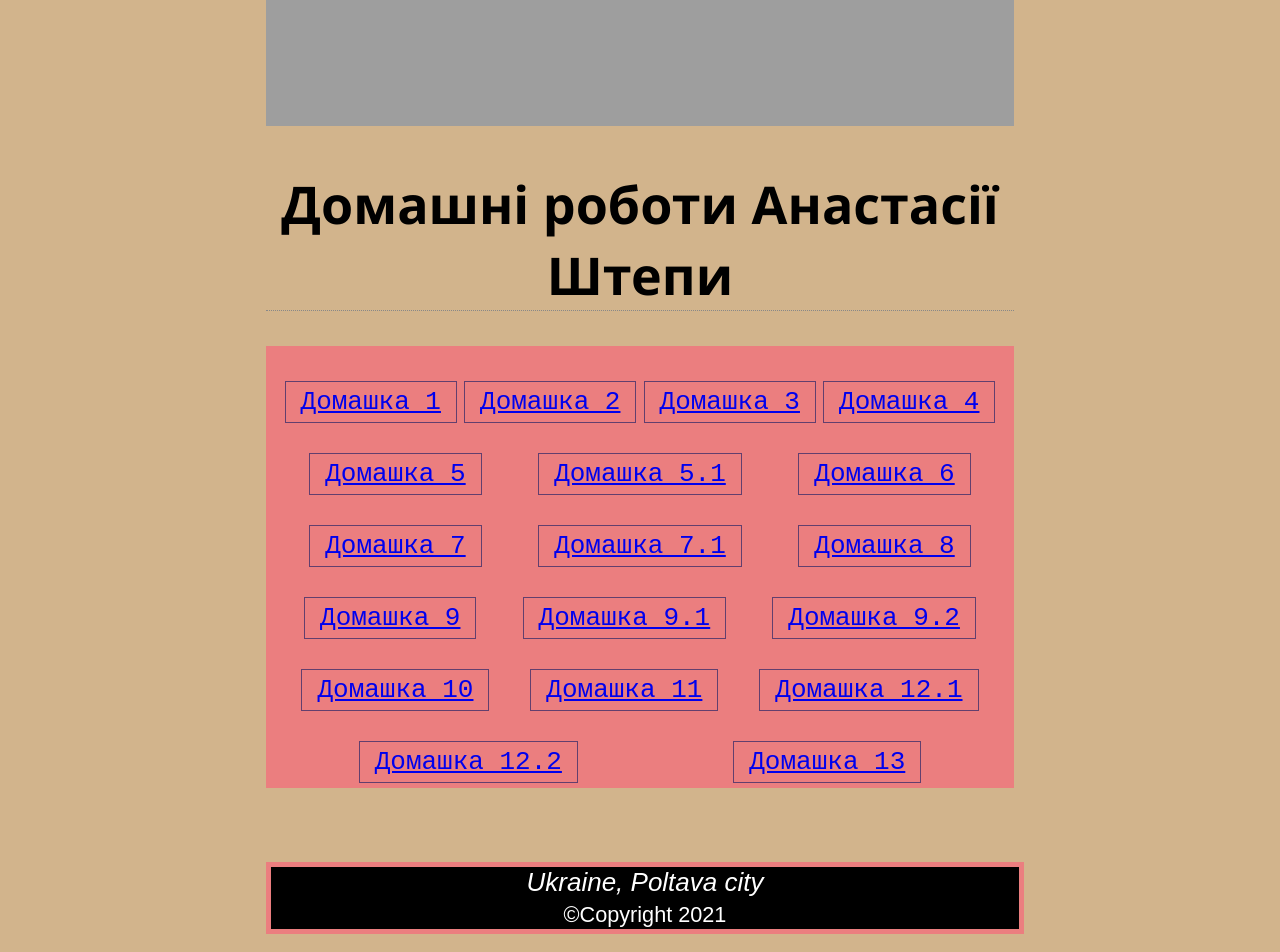
Repository: shtepaa/project-works.github.io
Page: index.html
These files come from the project's save history. The page is drawn as it stood at one moment and after the next save; the edit follows.
The browser window is 1280 px wide. The pictures show the part of the page from y = 192 to 1144 px (the page is 1144 px tall).
Pictures or frames that could not be fetched are drawn as grey boxes.

Above is the page before, as saved 2021-11-15 10:35:47.

### index.html
<!DOCTYPE html>
<html lang="en">
  <head>
    <meta charset="UTF-8" />
    <meta http-equiv="X-UA-Compatible" content="IE=edge" />
    <meta name="viewport" content="width=device-width, initial-scale=1.0" />
    <meta name="description" content="CV" />
    <meta
      name="author"
      content="Anastasiia Shtepa anastasiia.shtepa1990@gmail.com"
    />
    <title>Анастасия Штепа</title>
    <link type="text/css" rel="stylesheet" href="main.css" />
    <link rel="shortcut icon" href="./images/logo.png" type="image/png" />
  </head>
  <body>
    <!--Youtube -->
    <iframe
      width="100%"
      height="300"
      src="https://www.youtube.com/embed/FII4DRuiLLI"
      title="YouTube video player"
      frameborder="0"
      allow="accelerometer; autoplay; clipboard-write; encrypted-media; gyroscope; picture-in-picture"
      allowfullscreen
    ></iframe>
    <br />
    <header>
    <h1><b>Домашні роботи Анастасії Штепи</b></h1></header>
    <!--Домашки -->
    <div class=" container cover-box">
        <div class="cover"><a href="./resume2/index.html">Домашка 1</a></div>

        <div class="cover"><a href="./lesson-3-HTML5/lesson3.html">Домашка 2</a></div>

        <div class="cover"><a href="./lesson-4hard simple/simple/">Домашка 3</a></div>

        <div class="cover">
          <a href="./lesson-4hard simple/hard2/index.html">Домашка 4</a>
        </div>
        <div class="cover">
          <a href="./lesson-5-Figma/index.html">Домашка 5</a>
        </div>
        <div class="cover">
          <a href="./lesson 5.1 Photoshop/index.html">Домашка 5.1</a>
        </div>
        <div class="cover">
          <a href="./lesson 7/index.html">Домашка 6</a>
        </div>
        <div class="cover">
          <a href="./lesson-77/index.html">Домашка 7</a>
        </div>
        <div class="cover">
          <a href="./lesson-7.1/index.html">Домашка 7.1</a>
        </div>
        <div class="cover">
          <a href="./Les-8/index.html">Домашка 8</a>
        </div>
        <div class="cover">
          <a href="./lessons-9/index.html">Домашка 9</a>
        </div>
        <div class="cover">
          <a href="./lessons9.1/index.html">Домашка 9.1</a>
        </div>
        <div class="cover">
          <a href="./lessons- 9.2/index.html">Домашка 9.2</a>
        </div>

        <div class="cover">
          <a href="./lesson-10-homework/index.html">Домашка 10</a>
        </div>
        <div class="cover">
          <a href="./lesson-11-homework/index.html">Домашка 11</a>
        </div>
        <div class="cover">
          <a href="./lesson-12.1/index.html">Домашка 12.1</a>
        </div>
        <div class="cover">
          <a href="./lesson-12.2/index.html">Домашка 12.2</a>
        </div>
        <div class="cover">
          <a href="./lesson-13-home-work/index.html">Домашка 13</a>
        </div>

      </div>

    <!-- Локація -->
    <footer>
      <address>Ukraine, Poltava city</address>
      <small> &copy;Copyright 2021 </small>
    </footer>
  </body>
</html>

### main.css
@font-face {
  font-family: "Emblema One";
  src: url("./EmblemaOne-Regular.woff"), url("./EmblemaOne-Regular.ttf");
}

body {
  color: #000000;
  background-color: #d2b48c;
  margin-left: 20%;
  margin-right: 20%;
  padding: 10px 10px 10px 10px;
  font-family: sans-serif;
  font-size: 26px;
}

h1 {
  font-family: "Segoe UI", Tahoma, sans-serif;
  color: #000000;
  border-bottom: thin dotted #888888;
  text-align: center;
}

div {
  font-family: monospace, monospace;
  text-align: center;
  padding: 5px 15px; /* Поля */
  text-decoration: none; /* Убираем подчёркивание */
  color: #000; /* Цвет текста */
  background-color: #eb7e7f;

  margin-top: 30px;
}
div:hover {
  box-shadow: 0 0 5px rgba(0, 0, 0, 0.3); /* Тень */
  background: linear-gradient(
    to bottom,
    #623f6e,
    hsl(322, 38%, 86%)
  ); /* Градиент */
  color: #a00;
}
.cover {
  border: 1px solid #623f6e; /* Рамка */
  display: inline-block;
  padding: 5px 15px; /* Поля */
  text-decoration: none; /* Убираем подчёркивание */
  color: #000; /* Цвет текста */
  background-color: #eb7e7f;
}
.cover:hover {
  box-shadow: 0 0 5px rgba(0, 0, 0, 0.3); /* Тень */
  background: linear-gradient(to bottom, #fcfff4, #e9e9ce); /* Градиент */
  color: #a00;
}
.container {
  display: flex;
  flex-wrap: wrap;
  justify-content: space-around;
  align-items: flex-start;
}
footer {
  color: #ffffff;
  margin: 5px;
  border: 5px solid #eb7e7f;
  background-color: #000000;
  width: 100%;
  text-align: center;
  margin-top: 10%;
  margin-right: 0%;
  margin-bottom: 0%;
  margin-left: 0%;
}

After the next save:
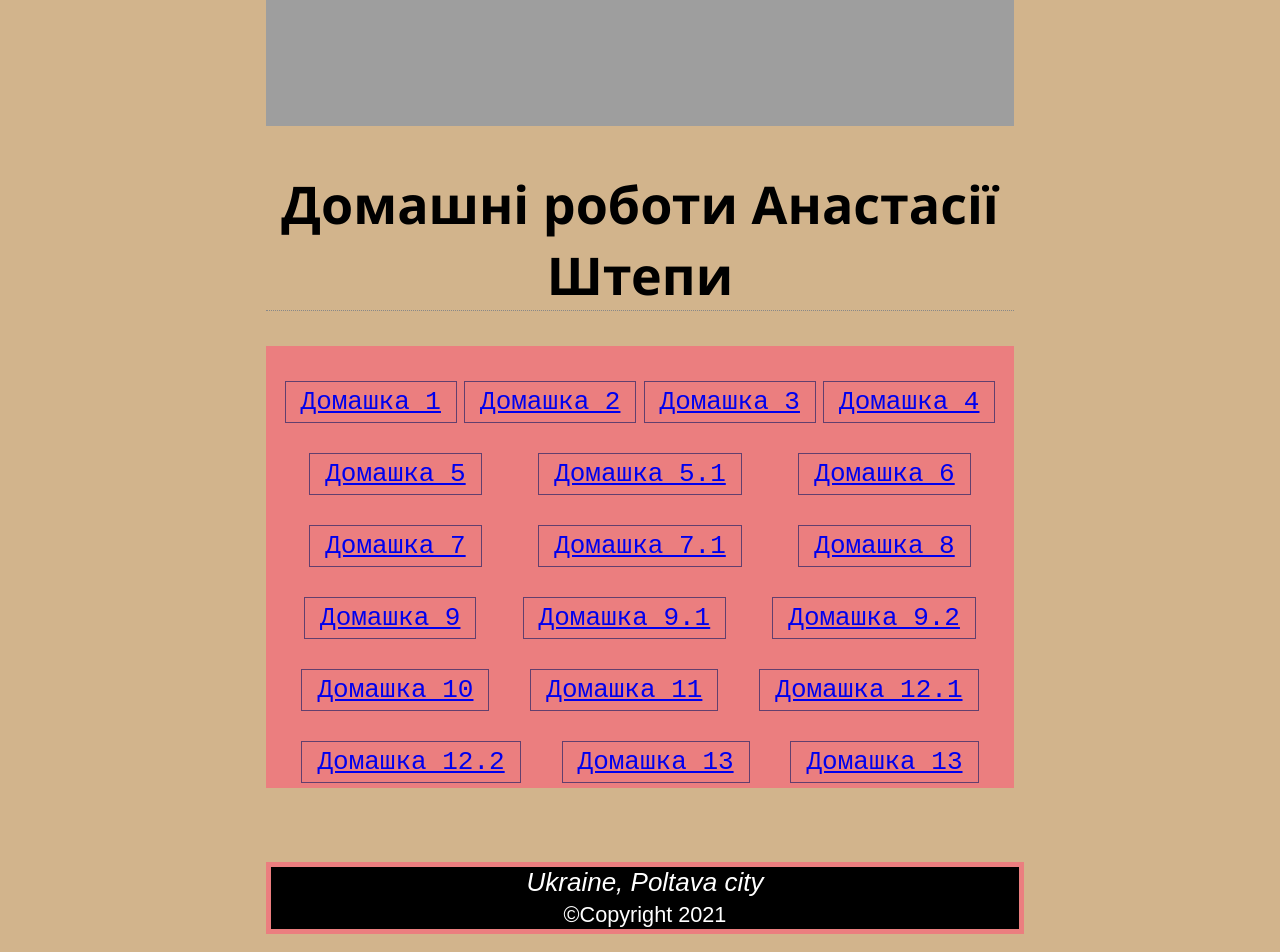
Saved 20 s later.
--- a/index.html
+++ b/index.html
@@ -81,7 +81,9 @@
         <div class="cover">
           <a href="./lesson-13-home-work/index.html">Домашка 13</a>
         </div>
-
+        <div class="cover">
+          <a href="./lesson-13-home-work/index.html">Домашка 13</a>
+        </div>
       </div>
 
     <!-- Локація -->
